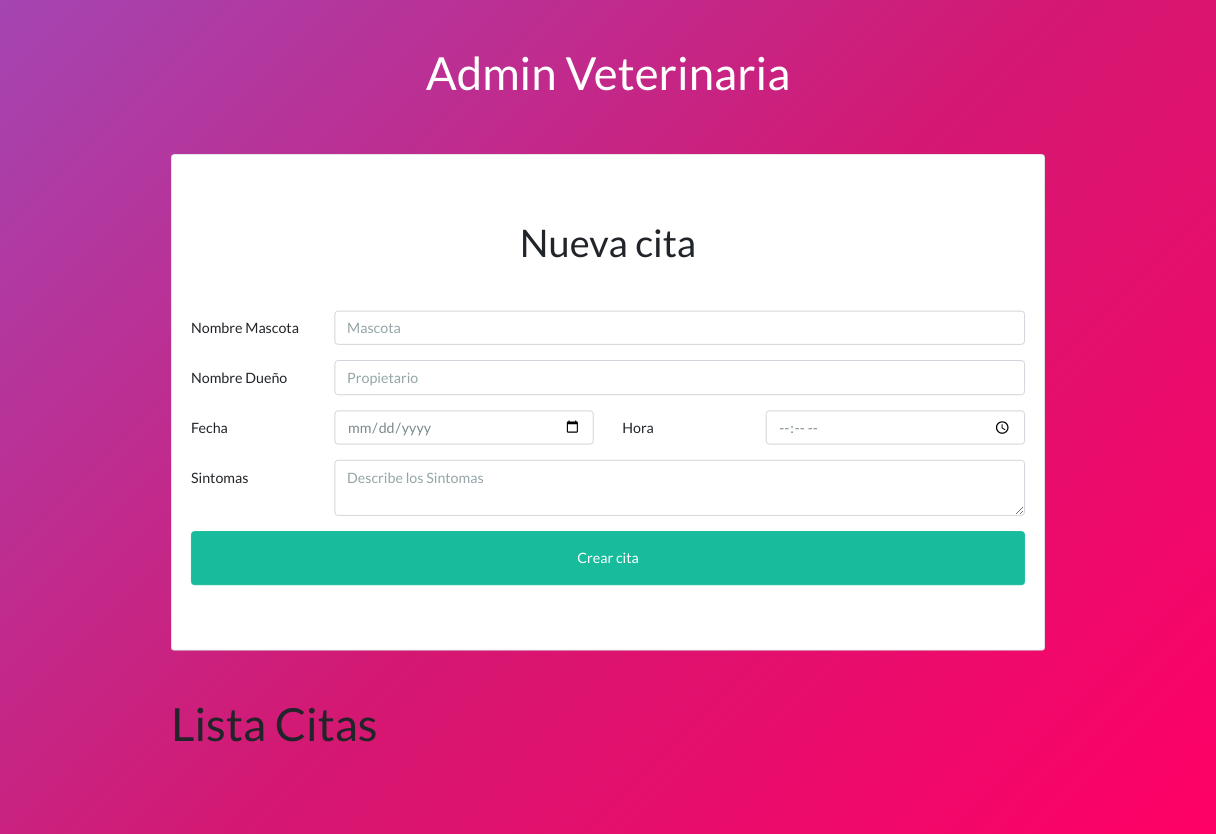
Repository: ppfeliuu/Veterinaria
Page: /
These files come from the project's save history. The page is drawn as it stood at one moment and after the next save; the edit follows.
The browser window is 1280 px wide. The pictures show the whole page, at 95% of full size.
The project was rebuilt for these pictures with package versions that can differ from the ones it lists, and the page was loaded fresh each time.

Above is the page before, as saved 2019-06-18 11:40:15.

### src/index.css
/* body {
  margin: 0;
  font-family: -apple-system, BlinkMacSystemFont, "Segoe UI", "Roboto", "Oxygen",
    "Ubuntu", "Cantarell", "Fira Sans", "Droid Sans", "Helvetica Neue",
    sans-serif;
  -webkit-font-smoothing: antialiased;
  -moz-osx-font-smoothing: grayscale;
}

code {
  font-family: source-code-pro, Menlo, Monaco, Consolas, "Courier New",
    monospace;
}
 */

 html {
  min-height: 100%;
}
body {
  margin: 0;
  padding: 0;
  font-family: sans-serif;
  background-image: linear-gradient(-225deg, #A445B2 0%, #D41872 52%, #FF0066 100%);
  min-height: 100%;
  padding-bottom: 5rem;
}

header {
  margin-top: 3rem;
}
header h1 {
  color: white;
}
.lista-citas .media {
  border-bottom: 1px solid #e1e1e1;
  padding-bottom: 3rem;
}

.lista-citas .media:last-of-type{
  border-bottom: 0;
}
.lista-citas .media-body p {
  margin:0;
}
.lista-citas .media-body button {
  margin-top: 1rem!important;
}
.lista-citas .media-body span {
  font-weight: bold;
}
.col-form-label {
  font-size: 12px;
}

### src/App.js
import React, { Component } from 'react';
import './bootstrap.min.css'
import Header from './components/Header';
import NuevaCita from './components/NuevaCita'
import ListaCitas from './components/ListaCitas'

class App extends Component {

  state = {
    citas: []
  }

  crearCita = datos => {
    const citas = [...this.state.citas, datos];

    this.setState({ citas });
  }

  render() {

    return(
      <div className="container">
        <Header
          titulo='Admin Veterinaria' />

        <div  className="row">
          <div className="col-md-10 mx-auto">
            <NuevaCita  crearCita={this.crearCita}/>
          </div>

          <div className="mt-5 col-md-10 mx-auto">
            <ListaCitas citas={this.state.citas}/>
          </div>
        </div>
      </div>
    );
  }
}

export default App;

### src/components/Header.js
import React from 'react';

const Header = ({titulo}) => (
    <header>
        <h1 className="text-center">{titulo}</h1>
    </header>
);

export default Header;

### src/components/NuevaCita.js
import React,{ Component } from 'react';
import uuid from 'uuid';

const stateInicial = {
  cita: {
    mascota: '',
    propietario: '',
    fecha: '',
    hora: '',
    sintomas: ''
  },
  error: false

}

class NuevaCita extends Component {


    state = { ...stateInicial

     }

     handleChnage = e => {
       // console.log(e.target.name);

       this.setState({
         cita: {
           ...this.state.cita,
           [e.target.name]: e.target.value
         }
       })
     }

     handleSubmit = e => {
        e.preventDefault();

        const { mascota, propietario, fecha, hora, sintomas } = this.state.cita;

        if (mascota === '' || propietario === '' || fecha === '' || hora === '' || sintomas === '') {
          this.setState({
            error: true
          });
          return;
        }

        const nuevaCita = {...this.state.cita};
        nuevaCita.id = uuid();

        this.props.crearCita(nuevaCita);

        this.setState({
          ...stateInicial
        })
     }


    render() {

        const { error } = this.state;

        return (
            <div className="card mt-5 py-5">
                <div className="card-body">
                    <h2 className="card-title text-center mb-5">
                        Nueva cita
                    </h2>
                    { error ? <div className="alert alert-danger mt-2 mb-5 text-center">Todos los campos son obligatorios</div> : null }
                    <form onSubmit={this.handleSubmit}>
                        <div className="form-group row">
                          <label className="col-sm-4 col-lg-2 col-form-label">Nombre Mascota</label>
                          <div className="col-sm-8 col-lg-10">
                            <input
                                type="text"
                                name="mascota"
                                id="mascota"
                                className="form-control"
                                placeholder="Mascota"
                                onChange={this.handleChnage}
                                value={this.state.cita.mascota}
                                />
                          </div>
                        </div>

                        <div className="form-group row">
                          <label className="col-sm-4 col-lg-2 col-form-label">Nombre Dueño</label>
                          <div className="col-sm-8 col-lg-10">
                            <input
                                type="text"
                                name="propietario"
                                id="propietario"
                                className="form-control"
                                placeholder="Propietario"
                                onChange={this.handleChnage}
                                value={this.state.cita.propietario}/>
                          </div>
                        </div>

                        <div className="form-group row">
                          <label className="col-sm-4 col-lg-2 col-form-label">Fecha</label>
                          <div className="col-sm-8 col-lg-4">
                            <input
                                type="date"
                                name="fecha"
                                id="fecha"
                                className="form-control"
                                placeholder="Mascota"
                                onChange={this.handleChnage}
                                value={this.state.cita.fecha}
                                />
                          </div>

                          <label className="col-sm-4 col-lg-2 col-form-label">Hora</label>
                          <div className="col-sm-8 col-lg-4">
                            <input
                                type="time"
                                name="hora"
                                id="hora"
                                className="form-control"
                                placeholder="Mascota"
                                onChange={this.handleChnage}
                                value={this.state.cita.hora}
                                />
                          </div>
                        </div>

                        <div className="form-group row">
                          <label className="col-sm-4 col-lg-2 col-form-label">Sintomas</label>
                          <div className="col-sm-8 col-lg-10">
                              <textarea
                              className="form-control"
                              type="text"
                              name="sintomas"
                              id="sintomas"
                              placeholder="Describe los Sintomas"
                              onChange={this.handleChnage}
                              value={this.state.cita.sintomas}
                              >
                              </textarea>
                          </div>
                        </div>

                        <input type="submit" className="py-3 mt-2 btn btn-success btn-block" value="Crear cita" />
                    </form>
                </div>
            </div>
         );
    }
}

export default NuevaCita;

### src/components/ListaCitas.js
import React from 'react';

const ListaCitas = ({citas}) => (
        <h1>Lista Citas</h1>
);


export default ListaCitas;

Loaded but not shown: public/index.html (common file); src/index.js (common file); src/serviceWorker.js (common file); src/bootstrap.min.css (library)

After the next save:
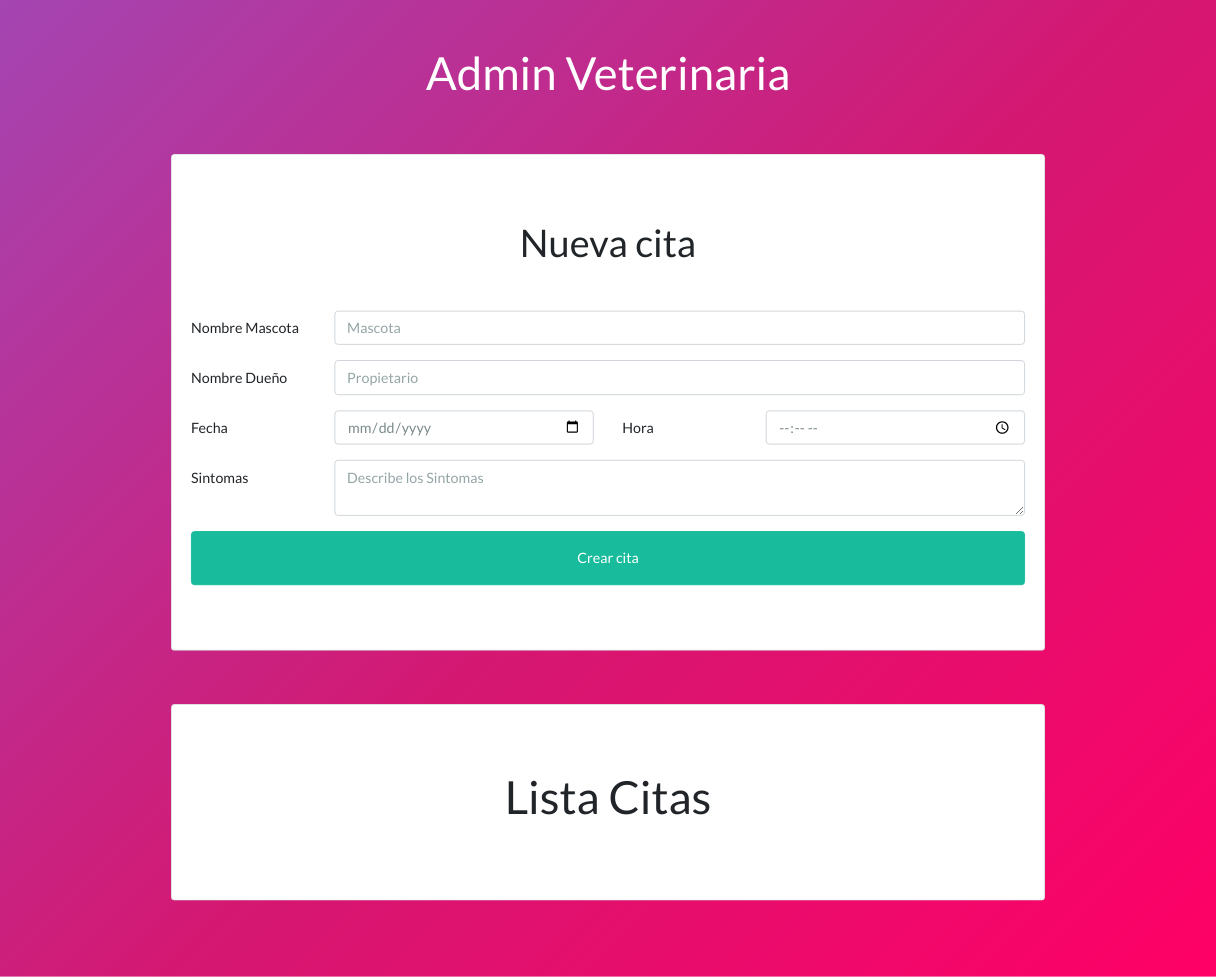
Saved 72 s later.
--- a/src/components/ListaCitas.js
+++ b/src/components/ListaCitas.js
@@ -1,7 +1,14 @@
 import React from 'react';
 
 const ListaCitas = ({citas}) => (
-        <h1>Lista Citas</h1>
+
+        <div className="card mt-2 py-5">
+            <div className="card-body">
+                <h1 className="card-title text-center">Lista Citas</h1>
+            </div>
+        </div>
+
+
 );
 
 
